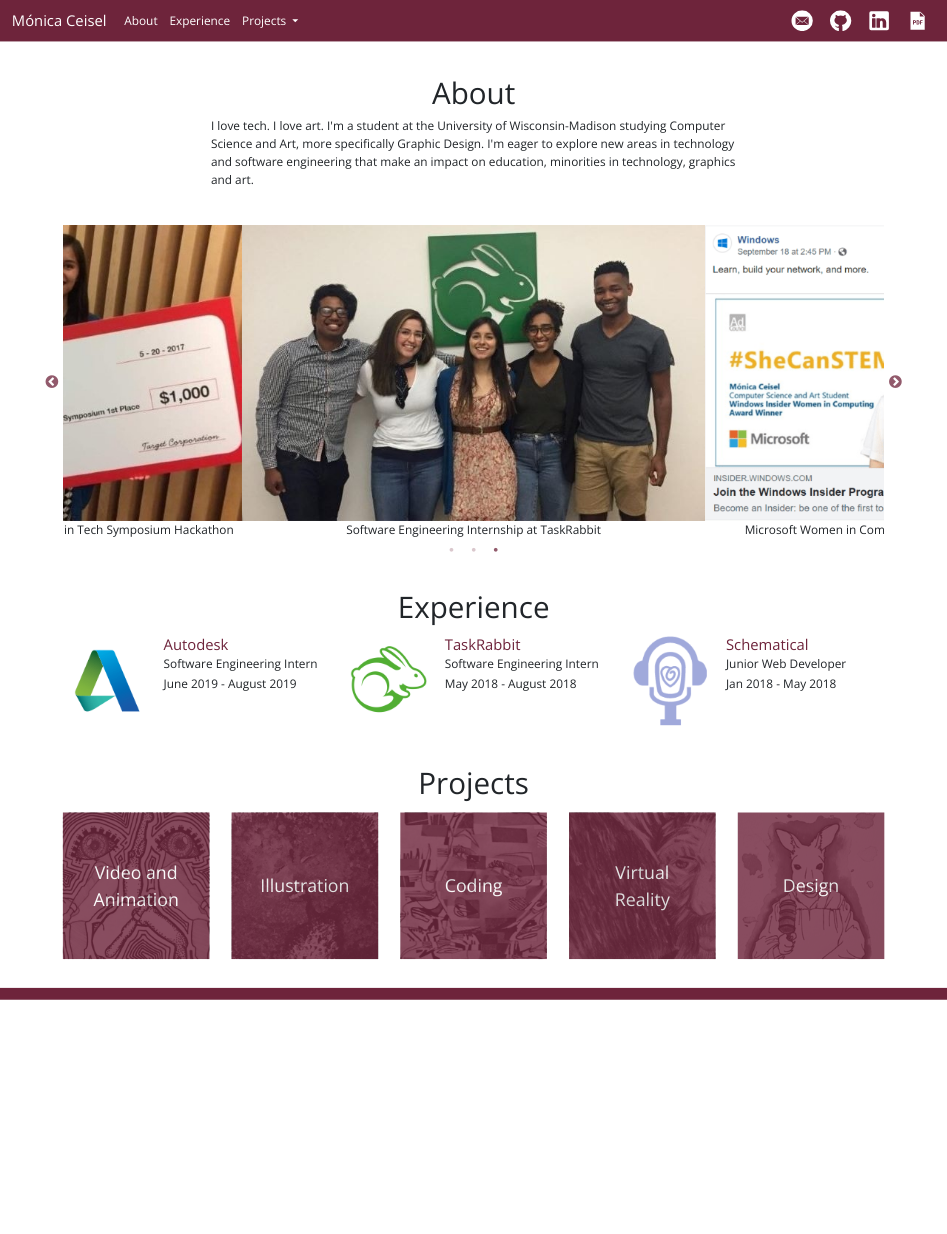
Repository: ceiselm/ceiselm.github.io
Page: index.html
An editor plug-in stored every save of this project. The page is shown before and after the next save, followed by the edit.
The browser window is 1280 px wide. The pictures show the whole page, at 74% of full size.

Above is the page before, as saved 2019-07-12 06:54:15.

### index.html
<!DOCTYPE html>
<html lang="en">

<head>
  <meta charset="utf-8">
  <meta http-equiv="X-UA-Compatible" content="IE=edge">
  <meta name="viewport" content="width=device-width, initial-scale=1">
  <title>M&oacute;nica Ceisel</title>
  <!-- Bootstrap -->
  <link href="css/bootstrap-4.2.1.css" rel="stylesheet">
  <!-- slick -->
  <link rel="stylesheet" type="text/css" href="slick/slick.css" />
  <!-- Add the new slick-theme.css if you want the default styling -->
  <link rel="stylesheet" type="text/css" href="slick/slick-theme.css" />
  <!-- font -->
  <link href="https://fonts.googleapis.com/css?family=Open+Sans&display=swap" rel="stylesheet">
  <!-- overwrites -->
  <link href="css/home.css" rel="stylesheet">
</head>

<body>
  <nav class="navbar navbar-expand-lg navbar-dark bg-dark">
    <a class="navbar-brand" href="./index.html">M&oacute;nica Ceisel</a>
    <button class="navbar-toggler" type="button" data-toggle="collapse" data-target="#navbarSupportedContent"
      aria-controls="navbarSupportedContent" aria-expanded="false" aria-label="Toggle navigation">
      <span class="navbar-toggler-icon"></span>
    </button>
    <div class="collapse navbar-collapse" id="navbarSupportedContent">
      <ul class="navbar-nav mr-auto">
        <li class="nav-item">
          <a class="nav-link" href="#startAbout">About</a>
        </li>
        <li class="nav-item">
          <a class="nav-link" href="#startExperience">Experience</a>
        </li>
        <li class="nav-item dropdown">
          <a class="nav-link dropdown-toggle" href="#" id="navbarDropdown" role="button" data-toggle="dropdown"
            aria-haspopup="true" aria-expanded="false">
            Projects
          </a>
          <div class="dropdown-menu" aria-labelledby="navbarDropdown">
            <a class="dropdown-item" href="./subpages/coding.html">Coding</a>
            <div class="dropdown-divider"></div>
            <a class="dropdown-item" href="./subpages/illustration.html">Illustration</a>
            <a class="dropdown-item" href="./subpages/design.html">Design</a>
            <a class="dropdown-item" href="./subpages/virtualreality.html">Virtual Reality</a>
            <a class="dropdown-item" href="./subpages/videoandanimation.html">Video and Animation</a>
          </div>
        </li>
      </ul>
    </div>
    <!--		HAVE ICONS APPEAR ON BOTTOM FOR RESPONSIVE!-->
    <div class="navabar navbar-collapse">
      <ul class="navbar-nav ml-auto">
        <li class="nav-item">
          <a target="_blank" href="mailto:ceiselm@gmail.com"><img class="contact-icon" src="images/social/mail.svg"
              title="ceiselm@gmail.com" alt="mail"></a>
          <a target="_blank" href="https://github.com/ceiselm"><img class="contact-icon" src="images/social/github.svg"
              title="ceiselm" alt="github"></a>
          <a target="_blank" href="https://www.linkedin.com/in/monicaceisel/"><img class="contact-icon" src="images/social/linkedin.svg"
              title="monicaceisel" alt="linkedin"></a>
          <!-- <a target="_blank" href="https://twitter.com/Momonimations"><img class="contact-icon" src="images/social/twitter.svg" title="Momonimations" alt="twitter"></a> -->
          <a target="_blank" href="https://drive.google.com/file/d/1QmD4gdm7__M2SBpGTWKV59mZdb-YG6Mg/view?usp=sharing"><img
              class="contact-icon" src="images/social/pdf.svg" title="Resume" alt="resume"></a>
        </li>
      </ul>
    </div>
  </nav>
  <!-- <hr> -->
  <div class="portion">
    <section>
      <div class="text-center mt-2">
        <div class="container">
          <div class="row">
            <div class="col-12">
              <h1 id="startAbout">About</h1>
              <div class="container">
                <div class="row justify-content-center">
                  <div class="col col-md-8">
                    <p align="left">I love tech. I love art. I'm a student at the University of Wisconsin-Madison
                      studying Computer Science and Art,
                      more specifically Graphic Design. I'm eager to explore new areas in technology and software
                      engineering that
                      make an impact on education, minorities in technology, graphics and art.
                    </p>
                  </div>
                </div>
              </div>
              <!--				https://insider.windows.com/en-us/community-news/how-this-coder-artist-grew-superpowers-to-create/-->
              <!--				https://insider.windows.com/en-us/community-news/extraordinary-women-in-computing/-->

              <!-- <div class="wrapper"> -->
              <div class="portion">
                <div class="slides">
                  <div><img class="slide-item" src="images/carousel/Microsoft.png" alt="First slide">Microsoft Women in
                    Computing Award Winner</div>
                  <div><img class="slide-item" src="images/carousel/Target.jpg" alt="Second slide">1st Place for the
                    Target Women in Tech Symposium Hackathon</div>
                  <div><img class="slide-item" src="images/carousel/TaskRabbit.jpg" alt="Third slide">Software
                    Engineering Internship at TaskRabbit</div>
                </div>
              </div>
            </div>
          </div>
        </div>
      </div>
    </section>
  </div>
  <!-- <hr> -->
  <div class="portion">
    <section>
      <div class="container">
        <div class="row">
          <div class="col-12 text-center">
            <h1 id="startExperience">Experience</h1>
            <!-- <p>Lorem ipsum dolor sit amet, consectetur adipisicing elit. Quibusdam, magni, doloribus, possimus eum sapiente deleniti doloremque fugit ut expedita molestiae iusto debitis eveniet modi obcaecati ipsam quos quis labore dicta.</p> -->
          </div>
        </div>
      </div>
    </section>
    <section>
      <div class="container mt-2">
        <div class="row">
          <div class="col-md-4 col-12">
            <ul class="list-unstyled">
              <li class="media">
                <img class="mr-3" src="images/companies/120px-Autodesk_logo.svg.png" alt="Generic placeholder image">
                <div class="media-body">
                  <h5 class="mt-0 mb-1"><a href="https://www.autodesk.com/">Autodesk</a></h5>
                  <h6>Software Engineering Intern</h6>
                  <h6>June 2019 - August 2019</h6>
                </div>
              </li>
            </ul>
          </div>
          <div class="col-md-4 col-12">
            <ul class="list-unstyled">
              <li class="media">
                <img class="mr-3" src="images/companies/taskrabbit_logo.png" alt="Generic placeholder image">
                <div class="media-body">
                  <h5 class="mt-0 mb-1"><a href="https://www.taskrabbit.com/">TaskRabbit</a></h5>
                  <h6>Software Engineering Intern</h6>
                  <h6>May 2018 - August 2018</h6>
                </div>
              </li>
            </ul>
          </div>
          <div class="col-md-4 col-12">
            <ul class="list-unstyled">
              <li class="media">
                <img class="mr-3" src="images/companies/castdex_logo.png" alt="Generic placeholder image">
                <div class="media-body">
                  <h5 class="mt-0 mb-1"><a href="http://www.castdex.com/">Schematical</a></h5>
                  <h6>Junior Web Developer</h6>
                  <h6>Jan 2018 - May 2018</h6>
                </div>
              </li>
            </ul>
          </div>
        </div>
      </div>
    </section>
  </div>
  <!-- <hr> -->
  <div class="portion">
    <section>
      <div class="container">
        <div class="row">
          <div class="col-12 text-center">
            <h1>Projects</h1>
            <!-- <p>Lorem ipsum dolor sit amet, consectetur adipisicing elit. Officia, et, placeat !</p> -->
          </div>
        </div>
        <div class="row mt-2">

          <div class="col-md mt-md-0 mt-1">
            <a href="#">
              <img class="image img-fluid float-right" src="images/buttons/Button03.png" alt="">
              <div class="overlay">
                <div class="text">Video and Animation</div>
              </div>
            </a>
          </div>

          <div class="col-md mt-md-0 mt-1">
            <a href="#">
              <img class="image img-fluid float-left" src="images/buttons/Button01.png" alt="">
              <div class="overlay">
                <div class="text">Illustration</div>
              </div>
            </a>
          </div>

          <div class="col-md mt-md-0 mt-1">
            <a href="#">
              <img class="image img-fluid float-left" src="images/buttons/Button05.png" alt="" href="#">
              <div class="overlay">
                <div class="text">Coding</div>
              </div>
            </a>
          </div>
          <div class="col-md mt-md-0 mt-1">
            <a href="#">
              <img class="image img-fluid float-right" src="images/buttons/Button04.png" alt="" href="#">
              <div class="overlay">
                <div class="text">Virtual Reality</div>
              </div>
            </a>
          </div>
          <div class="col-md mt-md-0 mt-1">
            <a href="#">
              <img class="image img-fluid float-left" src="images/buttons/Button02.png" alt="" href="#">
              <div class="overlay">
                <div class="text">Design</div>
              </div>
            </a>
          </div>
        </div>
      </div>
    </section>
  </div>

  <div class="portion">
        <div class="footer">
          <div class="footer-text">
              M&oacute;nica Ceisel
          </div>
        </div>
    <!-- <div class="footer"></div> -->
  </div>
  <!-- jQuery (necessary for Bootstrap's JavaScript plugins) -->
  <script src="js/jquery-3.3.1.min.js"></script>
  <!-- Include all compiled plugins (below), or include individual files as needed -->
  <script src="js/popper.min.js"></script>
  <script src="js/bootstrap-4.2.1.js"></script>
  <script src="js/index.js"></script>
  <!-- slick -->
  <script type="text/javascript" src="slick/slick.min.js"></script>
</body>

</html>

### css/home.css
@charset "utf-8";
/* CSS Document */

body {
  font-family: 'Open Sans', sans-serif;
}

.footer {
  left: 0;
  bottom: 0;
  width: 100%;
  background-color: #6E243B;
  color: white;
  text-align: center;
  height: 1rem;
}

.footer-text {
  padding-top: 25%;
  font-size: .5rem;
}

.contact-icon {
    height: 1.8em;
    width: 3em;

}

.contact-icon:hover {
    position: relative;
	opacity: .8;
}

.bg-dark {
  background-color: #6E243B !important;
}

.navbar-dark .navbar-nav .nav-link {
    color: rgba(255, 255, 255, 255);
}

h5 {
	color: #6E243B;
}

h5:hover, h5:link, h5:focus {
	color: #EDA200;
}

a {
	text-decoration: none !important;
	color: inherit;
}

a:hover, a:link, a:focus {
	color: inherit;
}

.image {
  position:relative;
  display: block;
  width: 100%;
  height: auto;
  opacity: 0.9;
  transition: 1s ease;
  -webkit-filter: grayscale(100%); /* Safari 6.0 - 9.0 */
  filter: grayscale(100%);
}

.overlay {
  position: relative;
  top: 0;
  bottom: 0;
  left: 0;
  right: 0;
  height: 100%;
  width: 100%;
  opacity: 0.8;
  background-color: #6E243B;
}

.col-md:hover .image {
  opacity: 1;
  -webkit-filter: grayscale(0%); /* Safari 6.0 - 9.0 */
  filter: grayscale(0%);
}

.col-md:hover .overlay {
  opacity: 0;
}


.text {
  color: white;
  font-size: 18pt;
  position: absolute;
  top: 50%;
  left: 50%;
  opacity: 1 !important;
  -webkit-transform: translate(-50%, -50%);
  -ms-transform: translate(-50%, -50%);
  transform: translate(-50%, -50%);
  text-align: center;
}


.slide-item {
  width: 100%;
}


.slick-prev:before {
  color: #6E243B;
}

.slick-next:before {
  color: #6E243B;
}

.slick-dots li.slick-active button::before {
  color: #6E243B;
}

.slick-dots li button::before {
  color: #6E243B;
}

.portion {
  padding-top: 3%;
}

### js/index.js
$(document).ready(function(){
  $('.slides').slick({
    centerMode: true,
    centerPadding: '60px',
    slidesToShow: 1,
    slidesToScroll: 1,
    adaptiveHeight: true,
    dots: true,
    arrows: true,
    variableWidth: true,
    autoplay: true,
    autoplaySpeed: 2000,
    responsive: [
      {
        breakpoint: 768,
        settings: {
          arrows: false,
          centerMode: true,
          centerPadding: '40px',
          slidesToShow: 1
        }
      },
      {
        breakpoint: 480,
        settings: {
          arrows: false,
          centerMode: true,
          centerPadding: '40px',
          slidesToShow: 1
        }
      }
    ]

  });
});

Loaded but not shown: css/bootstrap-4.2.1.css (library); slick/slick.css (common file); slick/slick-theme.css (library); js/jquery-3.3.1.min.js (library); js/popper.min.js (library); js/bootstrap-4.2.1.js (library); slick/slick.min.js (library)

After the next save:
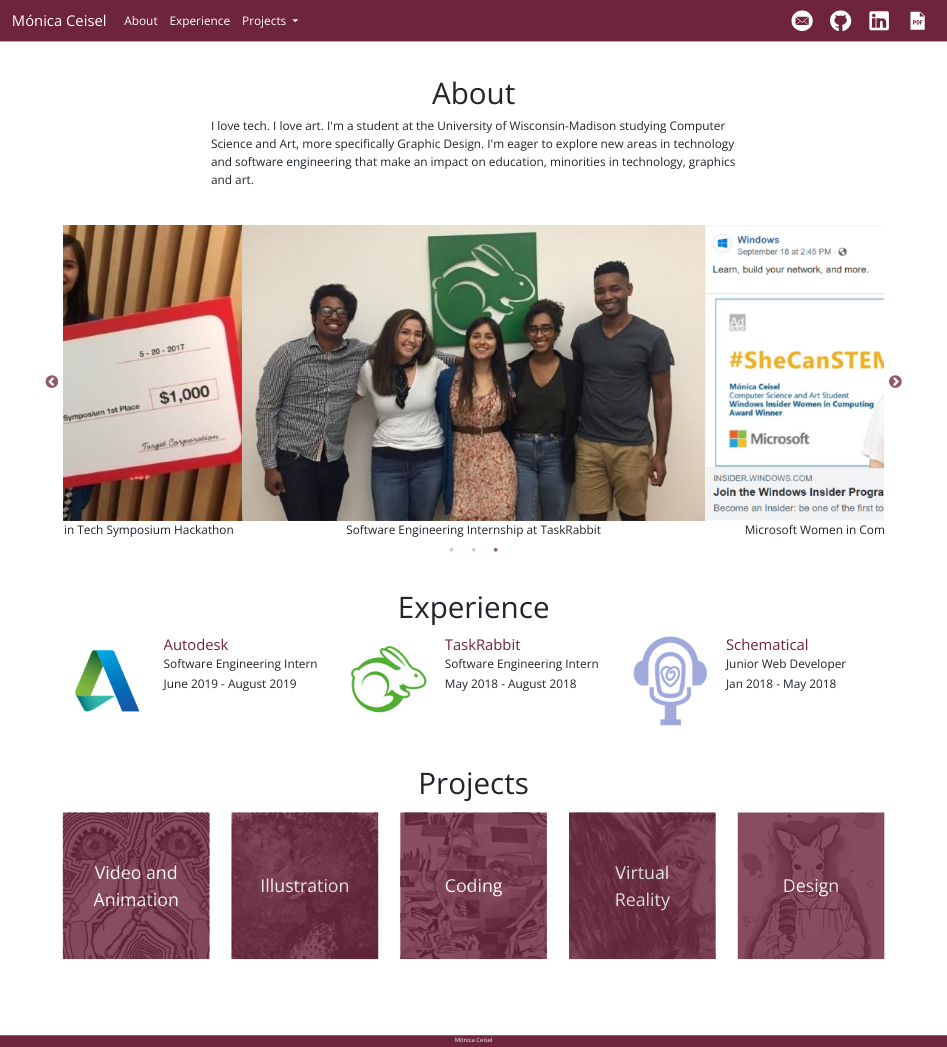
Saved 16 s later.
--- a/css/home.css
+++ b/css/home.css
@@ -16,7 +16,7 @@
 }
 
 .footer-text {
-  padding-top: 25%;
+  margin-top: 5%;
   font-size: .5rem;
 }
 
